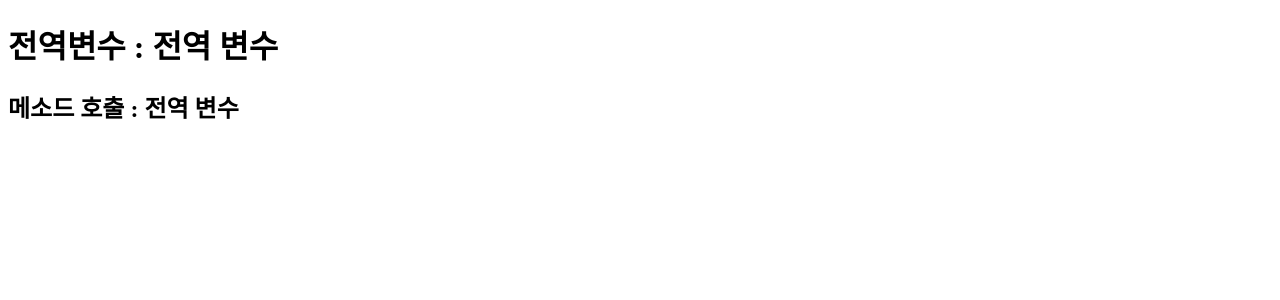
Repository: WK508/WK508---20201214_Webhosting
Page: http://localhost/Script0312/Script3.jsp
These files come from the project's save history. The page is drawn as it stood at one moment and after the next save; the edit follows.
The browser window is 1280 px wide. The pictures show the whole page.
The page is served by Tomcat 9.

Above is the page before, as saved 2021-03-12 02:47:42.

After the next save:
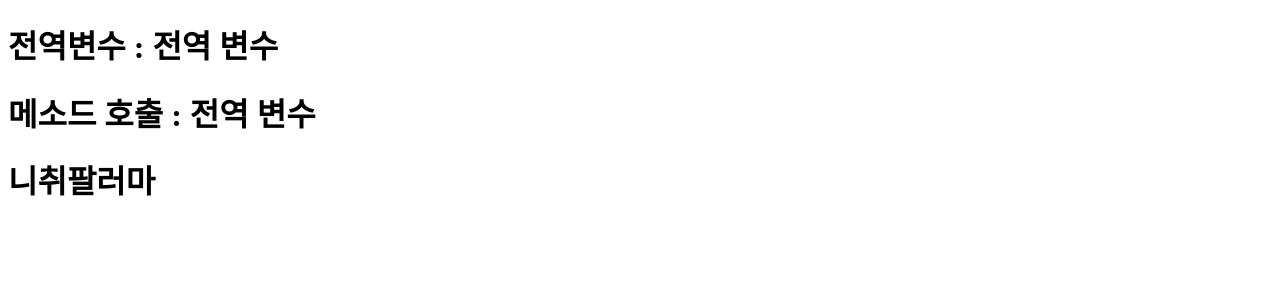
Saved 96 s later.
--- a/20210312/JSP/Script0312/WebContent/Script3.jsp
+++ b/20210312/JSP/Script0312/WebContent/Script3.jsp
@@ -12,6 +12,9 @@
 <title>Insert title here</title>
 </head>
 <body>
+    <%
+       String str2 = "니취팔러마";
+    %>
     <%!
        String str = "전역 변수";
     %>
@@ -22,6 +25,7 @@
     }
     %>
     <h1>전역변수 : <%=str %></h1>
-    <h2>메소드 호출 : <%=getStr() %></h2>
+    <h1>메소드 호출 : <%=getStr() %></h1>
+    <h1><%=str2 %></h1>
 </body>
 </html>
